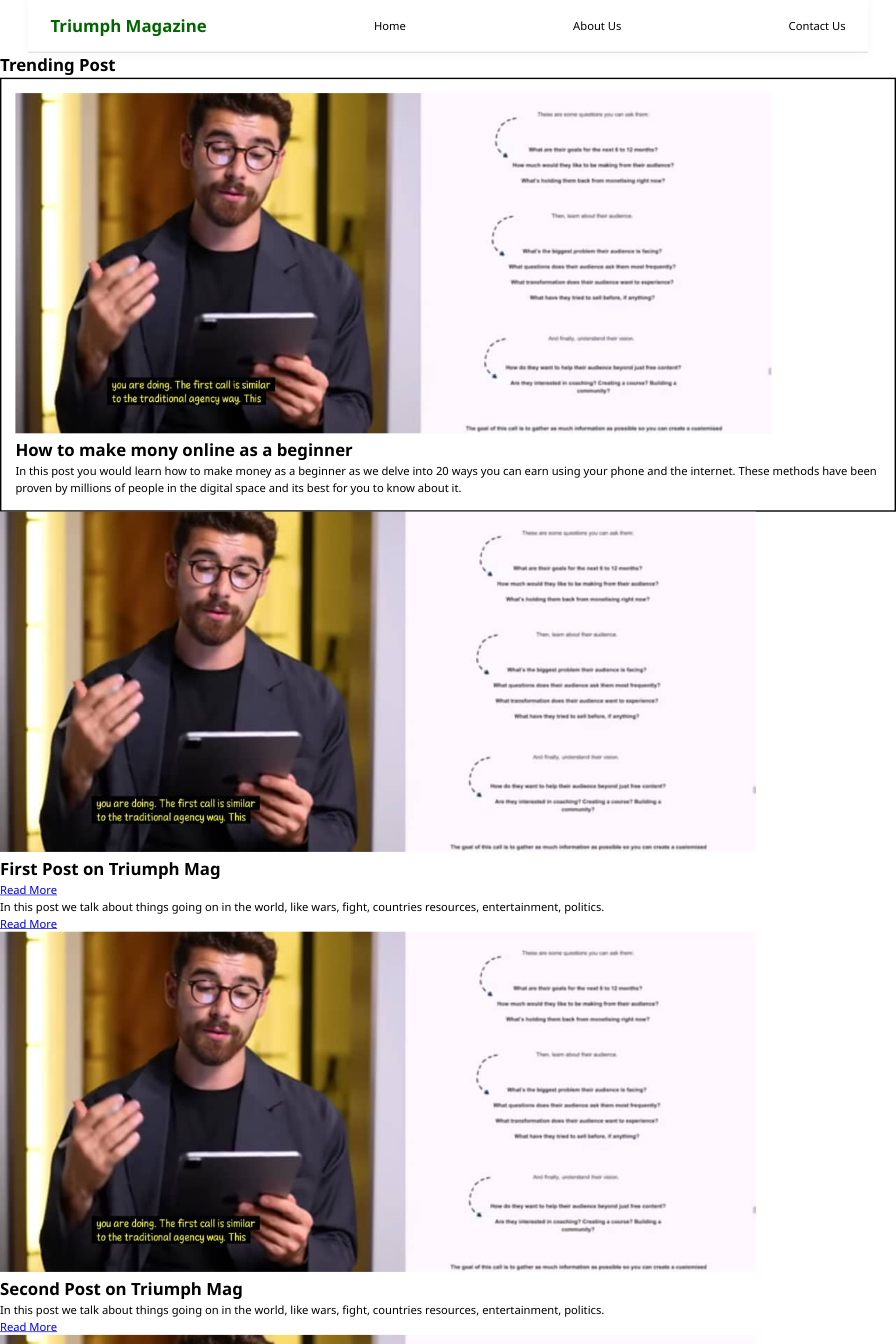
Repository: zikcolle/Triumph-Blog
Page: index.html
The author's editor kept a copy of each file at every save. The page is drawn from the files as they stood at one save, then again after a run of saves.
The browser window is 1280 px wide. The pictures show the part of the page from y = 0 to 1920 px (the page is 4859 px tall), at 70% of full size.

Above is the page before, as saved 2026-06-20 15:27:11.

After the next 2 saves:
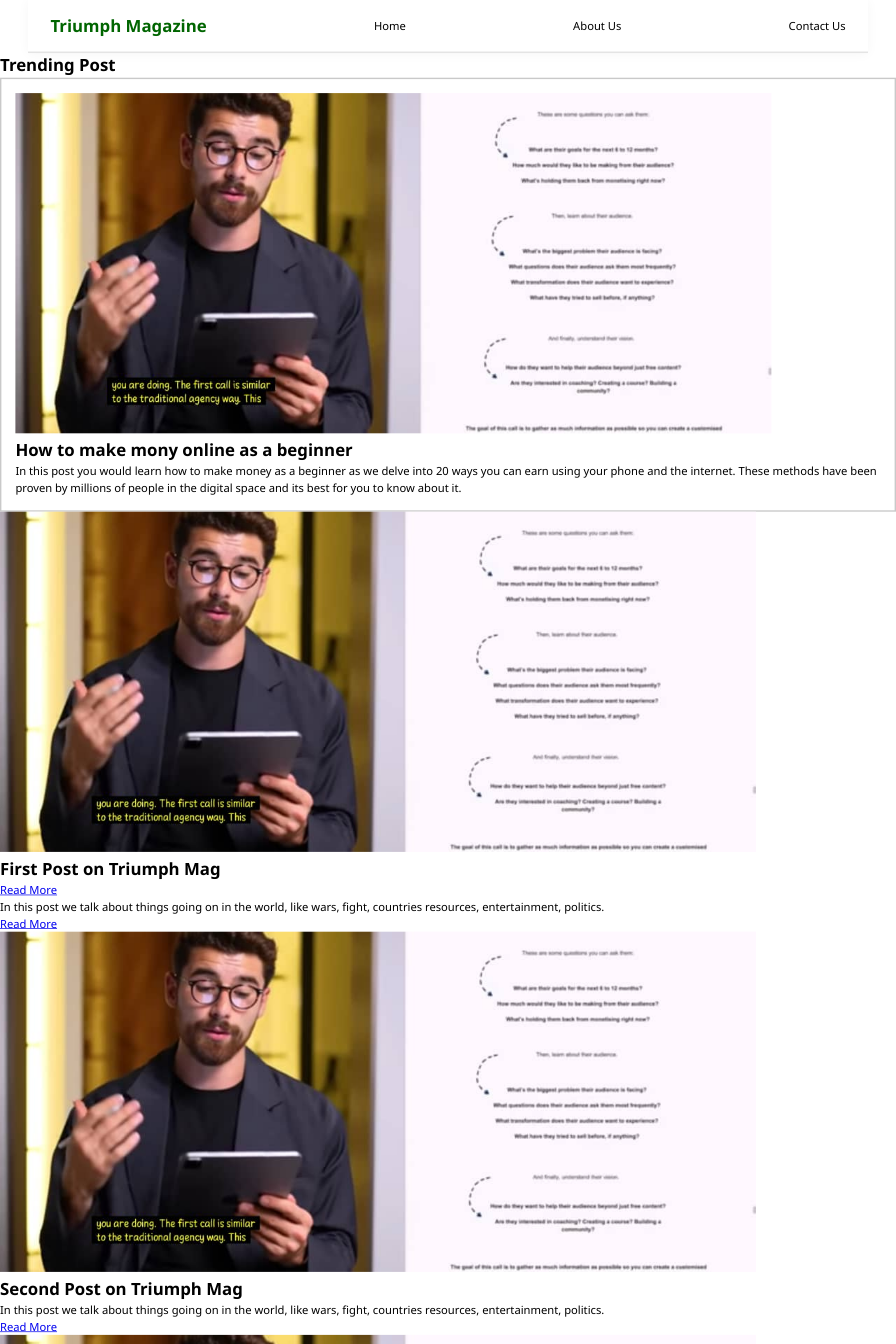
The 2 saves are shown as one change because they came seconds apart.
The last was saved 26 s later.
--- a/styles.css
+++ b/styles.css
@@ -44,6 +44,6 @@ header a:hover {
 .feat-post {
     display: block;
     background-color: rgb(255, 255, 255);
-    border: 2px solid ;
+    border: 2px solid rgba(0, 0, 0, 0.213);
     padding: 20px;
 }
